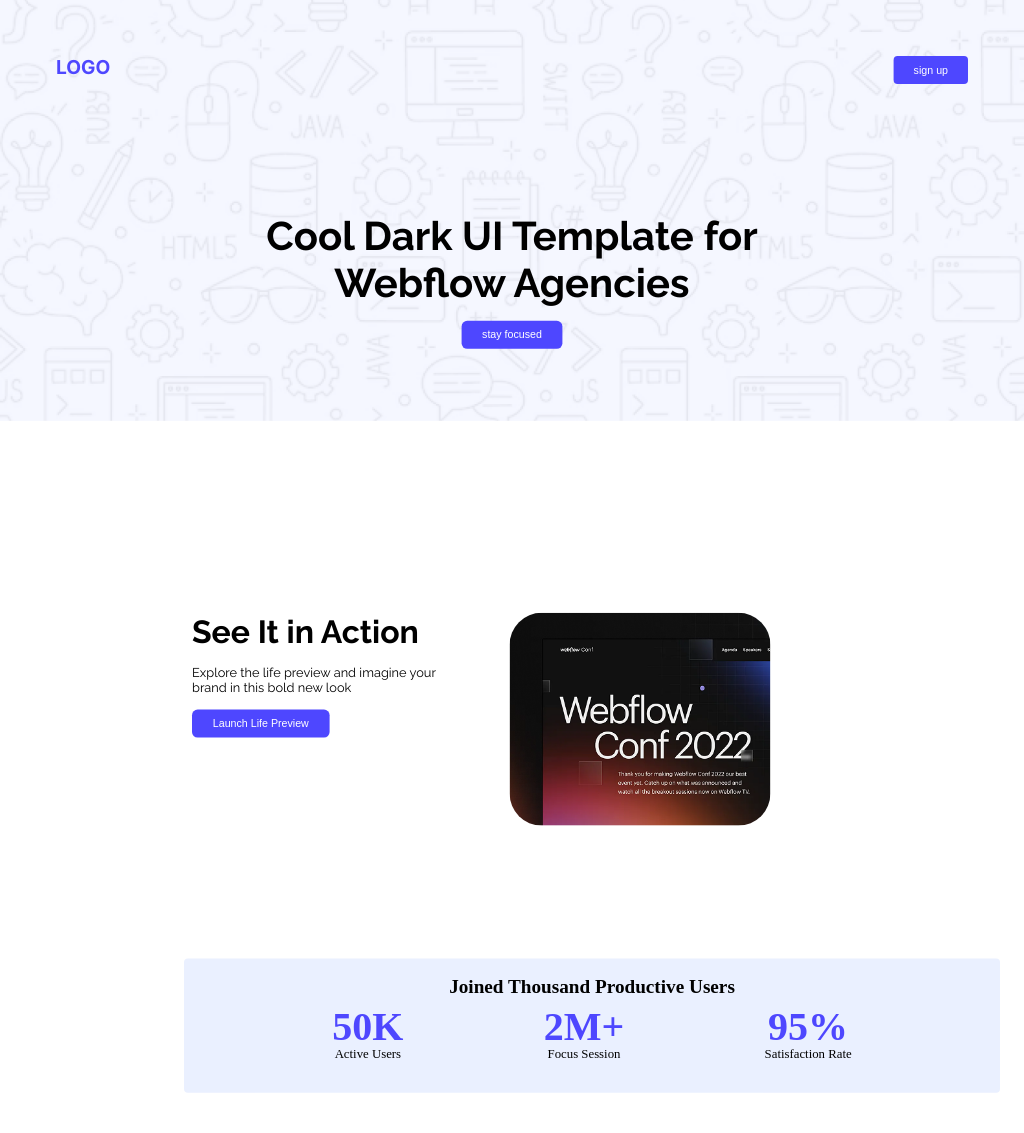
Repository: dollyrakhe22/landing-launchpad
Page: index.html
The author's editor kept a copy of each file at every save. The page is drawn from the files as they stood at one save, then again after the next save.
The browser window is 1280 px wide. The pictures show the whole page, at 80% of full size.

Above is the page before, as saved 2025-07-11 03:33:06.

### index.html
<!DOCTYPE html>
<html lang="en">
<head>
    <meta charset="UTF-8">
    <meta name="viewport" content="width=device-width, initial-scale=1.0">
    <title>Landing Launchpad</title>
    <link rel="preconnect" href="https://fonts.googleapis.com">
    <link rel="preconnect" href="https://fonts.googleapis.com">
<link rel="preconnect" href="https://fonts.gstatic.com" crossorigin>
<link href="https://fonts.googleapis.com/css2?family=Inter:ital,opsz,wght@0,14..32,100..900;1,14..32,100..900&family=Open+Sans:ital,wght@0,300..800;1,300..800&family=Raleway:ital,wght@0,100..900;1,100..900&display=swap" rel="stylesheet">
    <link rel="stylesheet" href="style.css">
   </head>
   <body>
    <header>

        <nav>
         <h2 class="inter-normal">LOGO</h2>
            <a href="#"><button>sign up</button></a>
        </nav>
        <div class="banner-section">
             <h1 class="raleway-normal" >Cool Dark UI Template for <br>Webflow Agencies</h1><br>
            <a href=""><button class="button-container">stay focused</button></a>
        </div>
    </header>
    <main>
           <!--action-container--->
           <div class="section-1">
            <div >
                <h3 class="raleway-normal">See It in Action</h3><br>
                <p class="raleway-normal" >Explore the life preview and imagine your<br>brand in this bold new look</p><br>
                 <a href=""><button class="button-container">Launch Life Preview</button></a>
                 </div>
                <div>
                     <img src="Assets/wc-mini.png" weight="90%"height="80%"
                     alt="" srcset="">
                </div>
            </div>
           <!--Users-Section-->
           <section class="users-container">
            <h1>Joined Thousand Productive Users</h1>
            <div class="contain">
                 <div>
                <h1>50K</h1>
                <p>Active Users</p>
            </div>
            <div>
                <h1>2M+</h1>
                <p>Focus Session</p>
            </div>
            <div>
                <h1>95%</h1>
                <p>Satisfaction Rate</p>
            </div>
            </div>
            <!--Review-Card-->
            <section class="review-card">
                <div class="stars">
                   <i class="fas fa-star"></i>

                </div>

            </section>




           </section>
    </main>
    <footer>

    </footer>
</body>
</html>

### style.css
*{
    padding: 0;
    margin: 0;
}


.inter-normal {
  font-family: "Inter", sans-serif;
  font-optical-sizing: auto;
  font-style: normal;
}
header{
    background-image: url("Assets/Hero-bg.png");


}
/*nav style*/
h2{
    color:#4E47FF;
   font-weight:bolder;


}
nav{
    display: flex;
    justify-content: space-between;
    padding: 70px;
}
nav button{
    text-decoration: none;
    padding: 10px 25px;
    background-color:#4E47FF ;
    color:white;
    border-radius: 5px;
    border: none;


}

.raleway-normal{
  font-family: "Raleway", sans-serif;
  font-optical-sizing: auto;
  font-style: normal;
}
.banner-section{
    text-align: center;
    padding: 90px;
}
.banner-section h1{
    font-weight: bolder;
    font-size: 50px;
}
.button-container{
     padding: 10px 26px;
    background-color:#4E47FF ;
    color:white;
    border-radius: 7px;
    border: none;

}
/*action-container*/

.section-1{
    display: flex;
    justify-content: space-between;
    padding: 50px;
    margin: 190px;

}
.section-1 h3{
    font-size: 40px;
}
.section-1  p{

}
.section-1 img{
    border-radius: 40px;


}
/*Users- Section*/
.users-container{

    text-align: center;
    border: none;
    background-color: #eaf0ff;
    max-width: 1000px;
    padding:10px;
    margin: 0px 0px 0px 230px;
    margin-bottom: 50px;
    margin-top: -140px;
    border-radius: 5px;


}
.users-container h1{
    line-height: 50px;
}
.contain{
    display: flex;
    justify-content: center;
    justify-content: space-evenly;
    margin-bottom: 30px;



}
.contain h1{
    color: #4E47FF ;
    font-weight: bold;
    font-size: 50px;

}

After the next save:
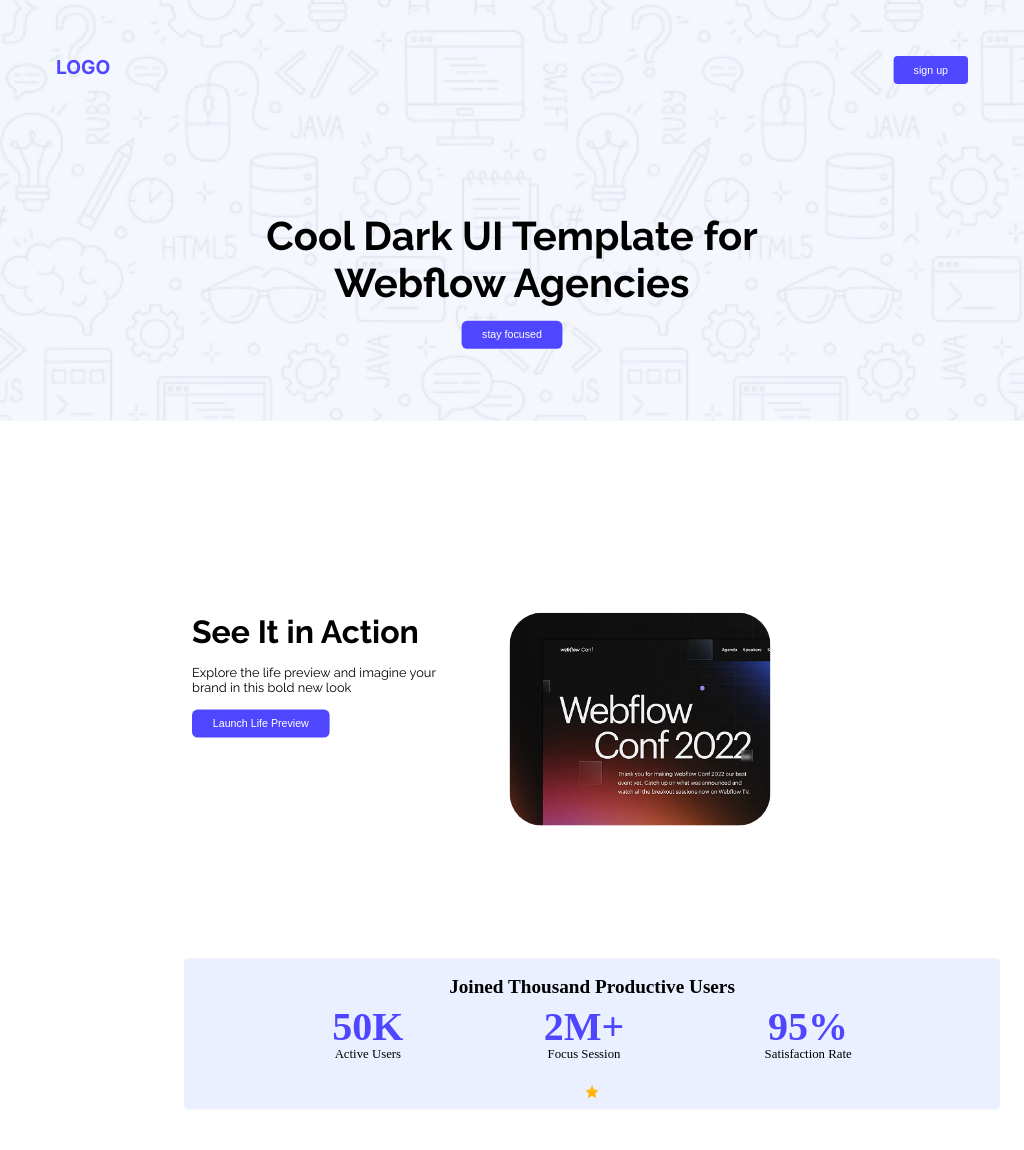
Saved 71 s later.
--- a/index.html
+++ b/index.html
@@ -55,7 +55,7 @@
             <!--Review-Card-->
             <section class="review-card">
                 <div class="stars">
-                   <i class="fas fa-star"></i>
+                   <img src="Assets/icon-star.png" alt="" srcset="">
 
                 </div>
 
